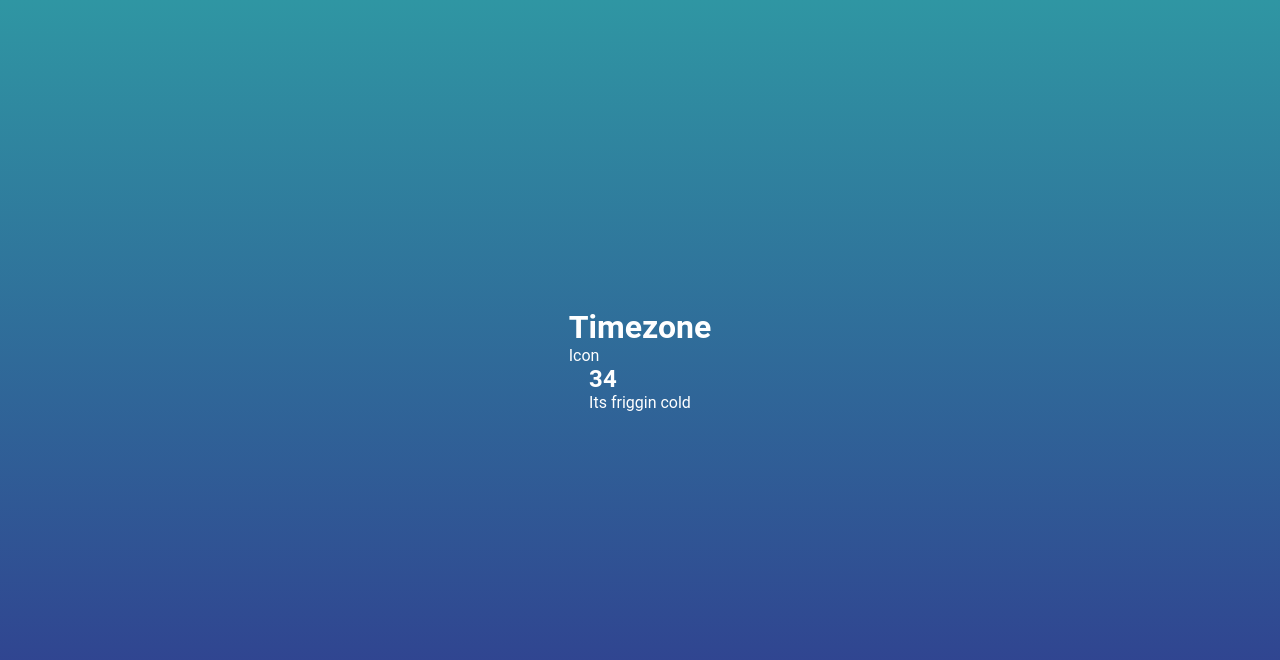
Repository: BaczkiewiczDawid/weatherApp
Page: index.html
These files come from the project's save history. The page is drawn as it stood at one moment and after the next save; the edit follows.
The browser window is 1280 px wide. The pictures show the whole page.

Above is the page before, as saved 2020-02-22 19:17:45.

After the next save:
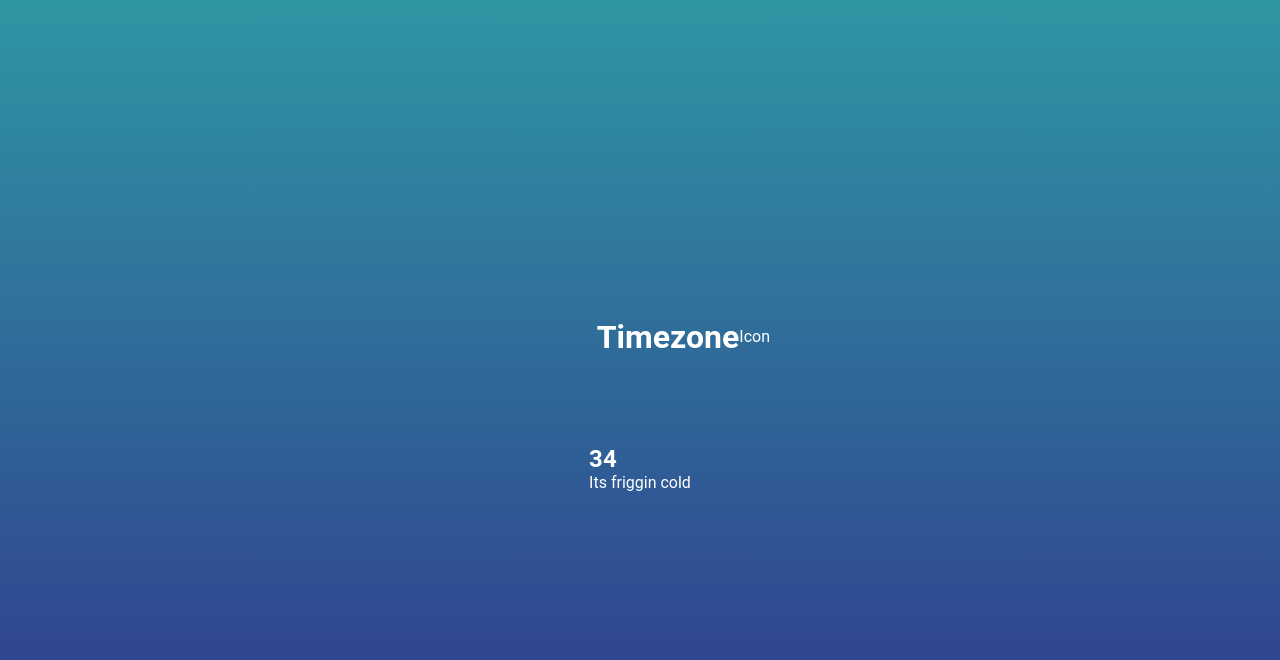
Saved 8 s later.
--- a/style.css
+++ b/style.css
@@ -13,7 +13,7 @@ body, html {
     color: white;
     background: linear-gradient(rgb(47,150,163), rgb(48,62,143));
 }
-.lacation {
+.location {
     height: 30vh;
     width: 50%;
     display: flex;
